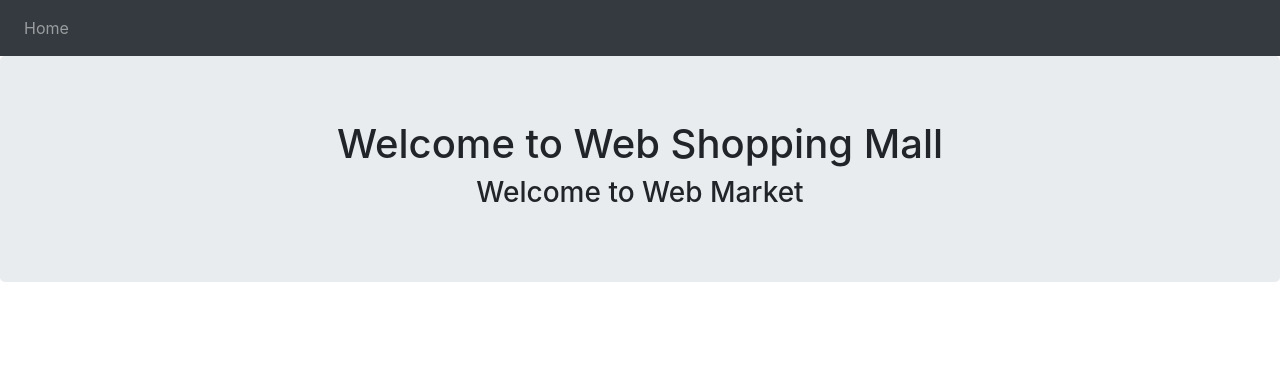
Repository: Jin0207/jsp
Page: http://localhost/day1210/welcome.jsp
The author's editor kept a copy of each file at every save. The page is drawn from the files as they stood at one save, then again after the next save.
The browser window is 1280 px wide. The pictures show the whole page.
The page is served by Tomcat 9. Other server files are loaded and not shown.

Above is the page before, as saved 2021-12-10 07:45:32.

### day1210/src/main/webapp/welcome.jsp
<%@ page language="java" contentType="text/html; charset=EUC-KR"
    pageEncoding="EUC-KR"%>
<!DOCTYPE html>
<html>
<head>
<title>Insert title here</title>
<meta charset="EUC-KR">
<meta name="viewport" content="width=device-width, initial-scale=1">
<link rel="stylesheet" href="https://maxcdn.bootstrapcdn.com/bootstrap/4.5.2/css/bootstrap.min.css">
<script src="https://ajax.googleapis.com/ajax/libs/jquery/3.5.1/jquery.min.js"></script>
<script src="https://cdnjs.cloudflare.com/ajax/libs/popper.js/1.16.0/umd/popper.min.js"></script>
<script src="https://maxcdn.bootstrapcdn.com/bootstrap/4.5.2/js/bootstrap.min.js"></script>
<style type="text/css">
	.box{
		text-align: center;
	}
</style>
</head>
<body>
	<nav class="navbar navbar-expand-sm bg-dark navbar-dark">
		<ul class="navbar-nav">
		    <li class="nav-item">
		      <a class="nav-link" href="./welcome.jsp">Home</a>
	    	</li>
    	</ul>
	</nav>
	<%!
		String greeting = "Welcome to Web Shopping Mall";
		String tagline = "Welcome to Web Market";
	%>
	<div class="jumbotron box">
		<h1><%=greeting %></h1>
		<h3><%=tagline %></h3>
	</div>
	<footer>

	</footer>
</body>
</html>

After the next save:
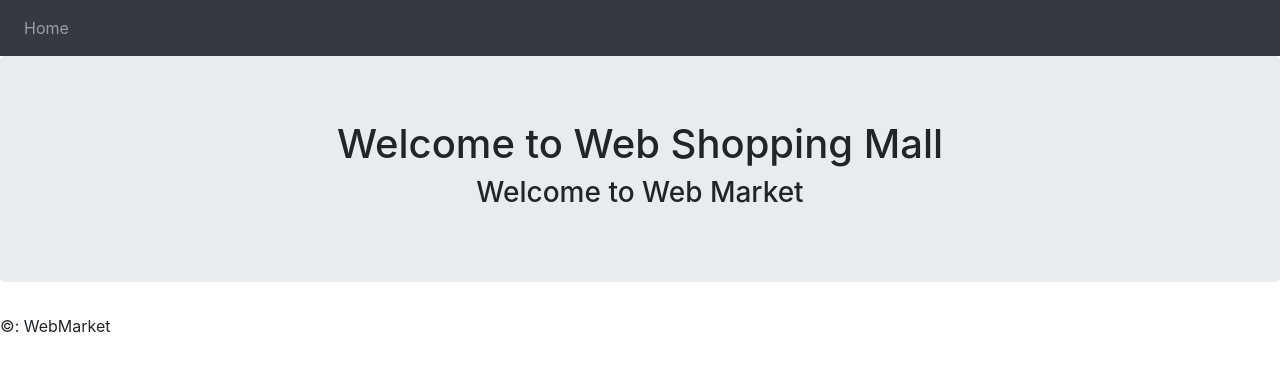
Saved 39 s later.
--- a/day1210/src/main/webapp/welcome.jsp
+++ b/day1210/src/main/webapp/welcome.jsp
@@ -33,7 +33,7 @@
 		<h3><%=tagline %></h3>
 	</div>
 	<footer>
-
+		<p>&copy: WebMarket</p>
 	</footer>
 </body>
 </html>
